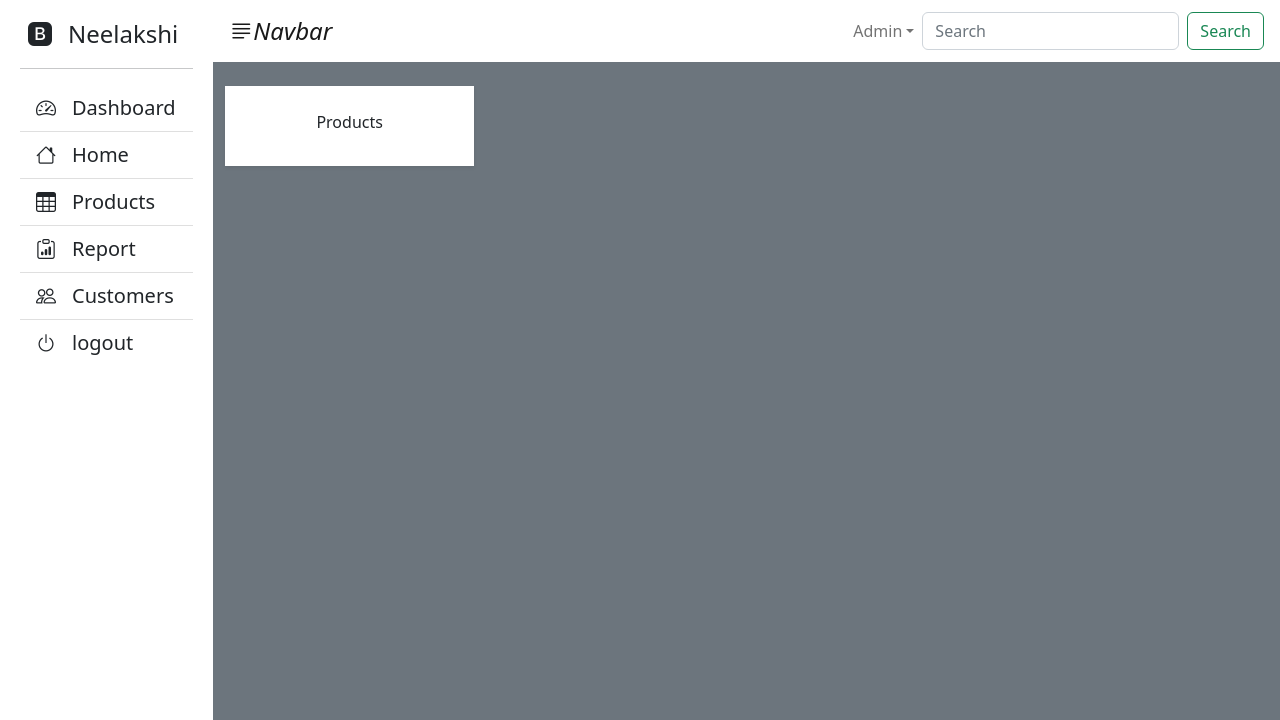
Repository: iqbalaamir/dashboard
Page: /
These files come from the project's save history. The page is drawn as it stood at one moment and after the next save; the edit follows.
The browser window is 1280 px wide. The pictures show the whole page.
The project was rebuilt for these pictures with package versions that can differ from the ones it lists, and the page was loaded fresh each time. Also part of the build but not shown: src/App.css.

Above is the page before, as saved 2023-04-24 20:18:54.

### src/App.js
import "./App.css";
import Home from "./artifacts/Home";
import SidebarComponent from "./artifacts/SidebarComponent";


function App() {
  return (
<div className="container-fluid bg-secondary min-vh-100">
<div className="row">
<div className="col-2 bg-white min-vh-100">
<SidebarComponent/>
</div>
<div className="col" style={{padding:0}}>
<Home/>
</div>
</div>
</div>
  );
}

export default App;

### src/artifacts/Home.js
import React from 'react'
import Nav from './Nav'

function Home() {
  return (
    <div>
        <Nav/>
        <div className='container-fluid'>
            <div className='row g-3 my-2'>
                <div className='col-md-3'>
                    <div className='p-3 bg-white shadow-sm d-flex justify-content-around align-items-center runded'>
                        <div>
                            <h3 className=''>

                            </h3>
                            <p>
Products
                            </p>
                        </div>
                    </div>
                </div>
            </div>
        </div>
    </div>
  )
}

export default Home

### src/artifacts/SidebarComponent.js
import React from 'react'
import "bootstrap/dist/css/bootstrap.min.css";
import "bootstrap-icons/font/bootstrap-icons.css";
import "./style.css"
function SidebarComponent() {
  return (
    <div className='bg-white sidebar p-2'>
        <div className='m-2'>
            <i className='bi bi-bootstrap-fill me-3 fs-4'></i>
            <span className='brand-name fs-4'>Neelakshi</span>
        </div>
        <hr className='text-dark'/>
        <div className='list-group list-group-flush'>
            <a className='list-group-item py-2'>
                <i className='bi bi-speedometer2 fs-5 me-3'></i>
                <span className='fs-5'>Dashboard</span>
            </a>
            <a className='list-group-item py-2'>
                <i className='bi bi-house fs-5 me-3'></i>
                <span className='fs-5'>Home</span>
            </a>
            <a className='list-group-item py-2'>
                <i className='bi bi-table fs-5 me-3'></i>
                <span className='fs-5'>Products</span>
            </a>
            <a className='list-group-item py-2'>
                <i className='bi bi-clipboard-data fs-5 me-3'></i>
                <span className='fs-5'>Report</span>
            </a>
            <a className='list-group-item py-2'>
                <i className='bi bi-people fs-5 me-3'></i>
                <span className='fs-5'>Customers</span>
            </a>
            <a className='list-group-item py-2'>
                <i className='bi bi-power fs-5 me-3'></i>
                <span className='fs-5'>logout</span>
            </a>


        </div>
    </div>
  )
}

export default SidebarComponent

### src/artifacts/Nav.js
import React from 'react'
import "bootstrap/js/dist/dropdown"
function Nav() {
  return (
   <nav className="navbar navbar-expand-sm navbar-white bg-white px-3">
       <i className="navbar-brand bi bi-justify-left fs-4">Navbar</i>
       <button className="navbar-toggler d-lg-none" type="button" data-bs-toggle="collapse" data-bs-target="#collapsibleNavId" aria-controls="collapsibleNavId"
           aria-expanded="false" aria-label="Toggle navigation"></button>
       <div className="collapse navbar-collapse" id="collapsibleNavId">
           <ul className="navbar-nav ms-auto mt-2 mt-lg-0">

               <li className="nav-item dropdown">
                   <a className="nav-link dropdown-toggle" href="#"
                   id="dropdownId" data-bs-toggle="dropdown"
                   aria-haspopup="true" aria-expanded="false">Admin</a>
                   <div className="dropdown-menu" aria-labelledby="dropdownId">
                       <a className="dropdown-item" href="#">Profile</a>
                       <a className="dropdown-item" href="#">Settings</a>
                       <a className="dropdown-item" href="#">Logout</a>

                   </div>
               </li>
           </ul>
           <form className="d-flex my-2 my-lg-0">
               <input className="form-control me-sm-2" type="text" placeholder="Search"/>
               <button className="btn btn-outline-success my-2 my-sm-0" type="submit">Search</button>
           </form>
       </div>
   </nav>
  )
}

export default Nav

### src/artifacts/style.css
.list-group a:hover{
   background-color:blue;
   color:white;
   cursor: pointer;
}

Loaded but not shown: public/index.html (common file); src/index.js (common file); src/index.css (common file); src/reportWebVitals.js (common file)

After the next save:
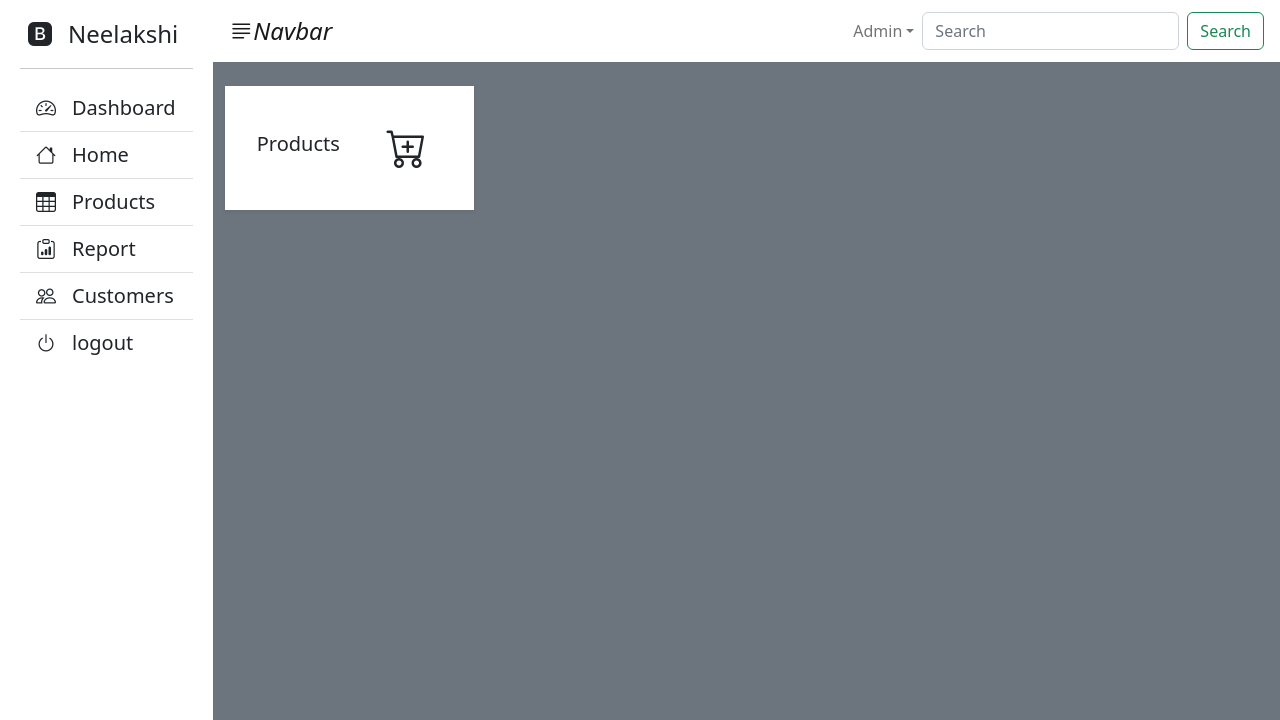
Saved 52 min 17 s later.
--- a/src/artifacts/Home.js
+++ b/src/artifacts/Home.js
@@ -1,28 +1,25 @@
-import React from 'react'
-import Nav from './Nav'
+import React from "react";
+import Nav from "./Nav";
 
 function Home() {
   return (
     <div>
-        <Nav/>
-        <div className='container-fluid'>
-            <div className='row g-3 my-2'>
-                <div className='col-md-3'>
-                    <div className='p-3 bg-white shadow-sm d-flex justify-content-around align-items-center runded'>
-                        <div>
-                            <h3 className=''>
-
-                            </h3>
-                            <p>
-Products
-                            </p>
-                        </div>
-                    </div>
-                </div>
+      <Nav />
+      <div className="container-fluid">
+        <div className="row g-3 my-2">
+          <div className="col-md-3">
+            <div className="p-3 bg-white shadow-sm d-flex justify-content-around align-items-center runded">
+              <div>
+                <h3 className="fs-2"></h3>
+                <p className="fs-5">Products</p>
+              </div>
+              <i className="bi bi-cart-plus p-3 fs-1"></i>
             </div>
+          </div>
         </div>
+      </div>
     </div>
-  )
+  );
 }
 
-export default Home
+export default Home;
